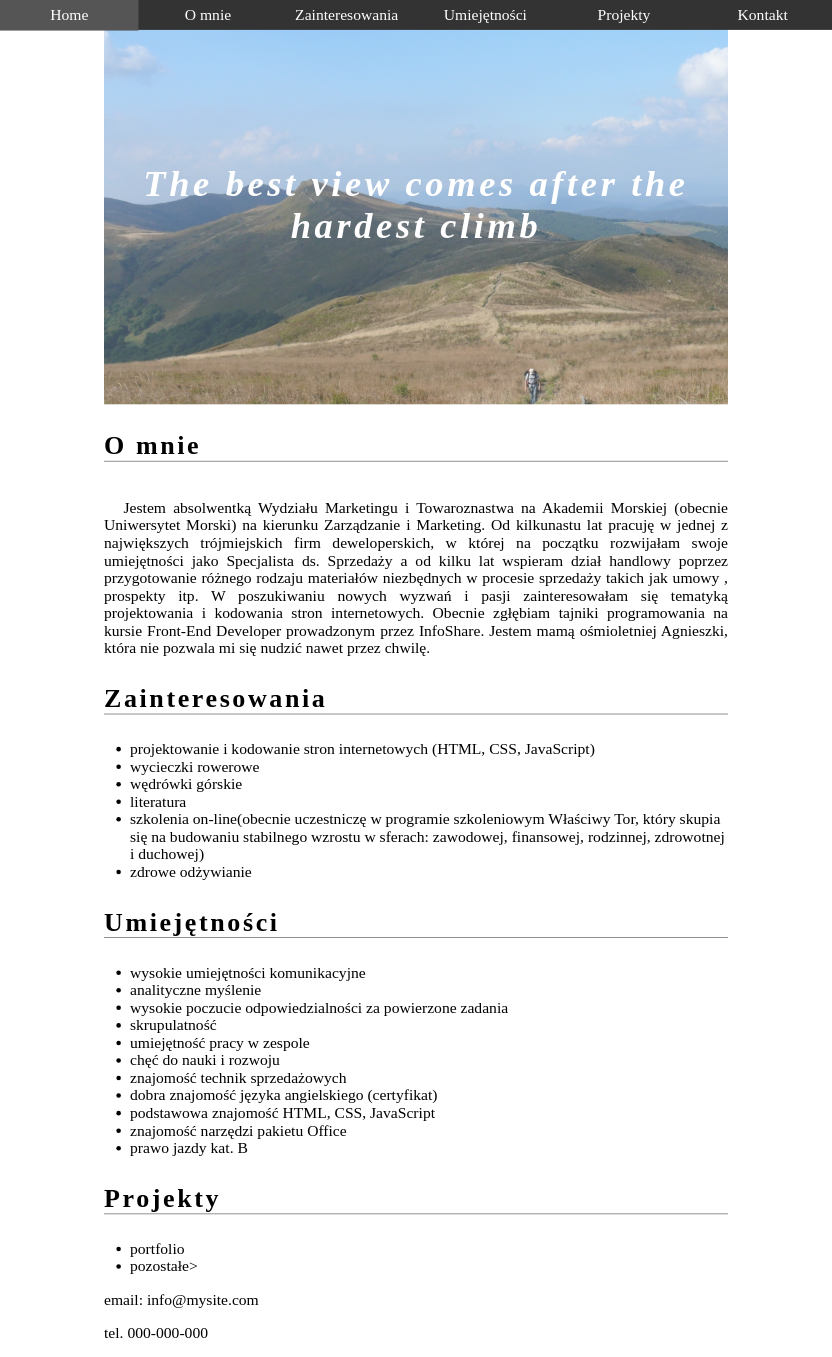
Repository: MagJaw/portfolio
Page: portfolio.html
The author's editor kept a copy of each file at every save. The page is drawn from the files as they stood at one save, then again after the next save.
The browser window is 1280 px wide. The pictures show the whole page, at 65% of full size.

Above is the page before, as saved 2018-11-12 17:53:43.

After the next save:
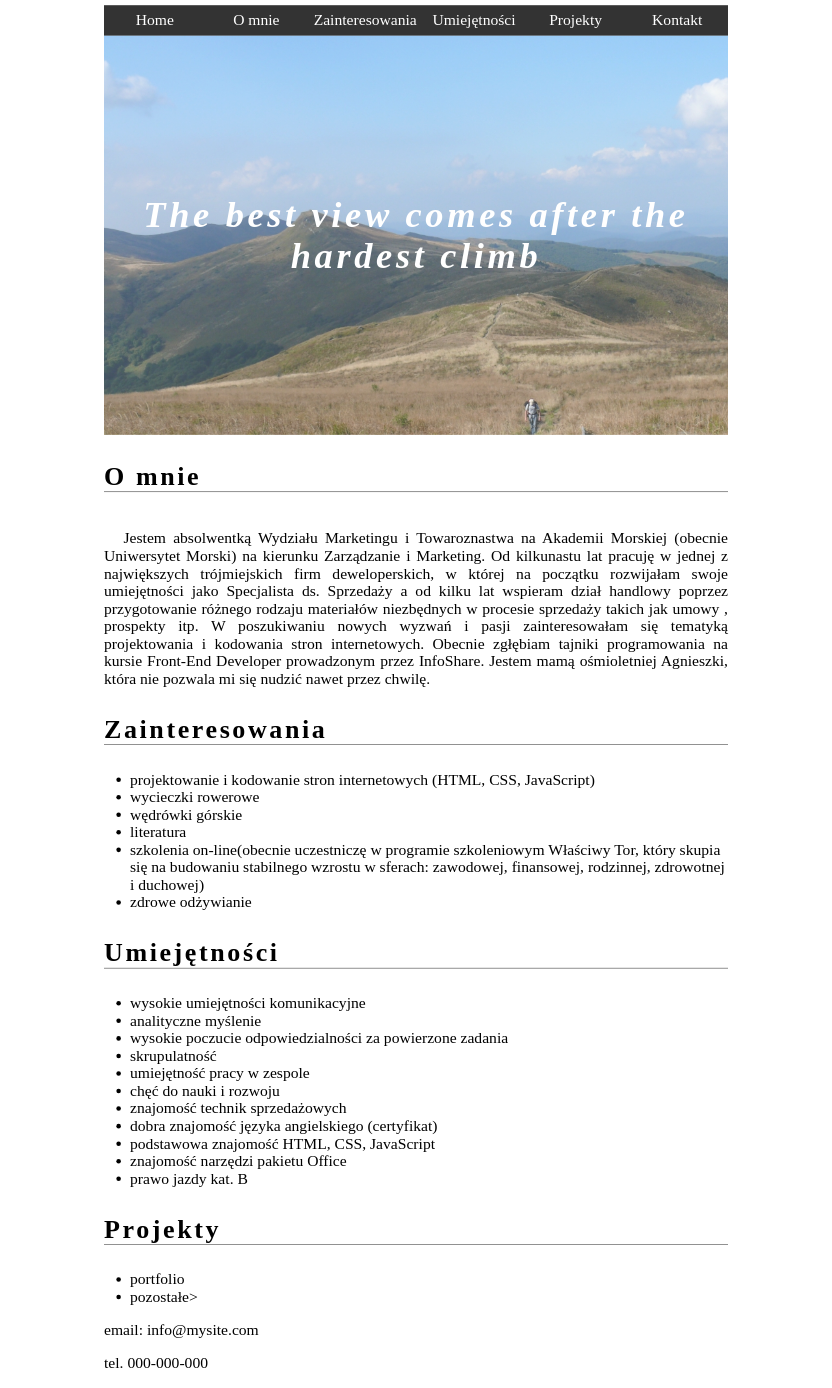
Saved 109 s later.
--- a/main.css
+++ b/main.css
@@ -73,7 +73,6 @@
 #quote {
 font-size: 2em;
 }
-
 }
 
 @media screen and (min-width: 768px){
@@ -86,13 +85,4 @@
 flex: 1 1 0;
 }
 
-.menu__container {
-    background:  #333;
-    z-index: 1;
-    top: 0;
-    left: 0;
-    right: 0;
-    height: 46px;
-    position: fixed;
-    }
 }

After the save that followed:
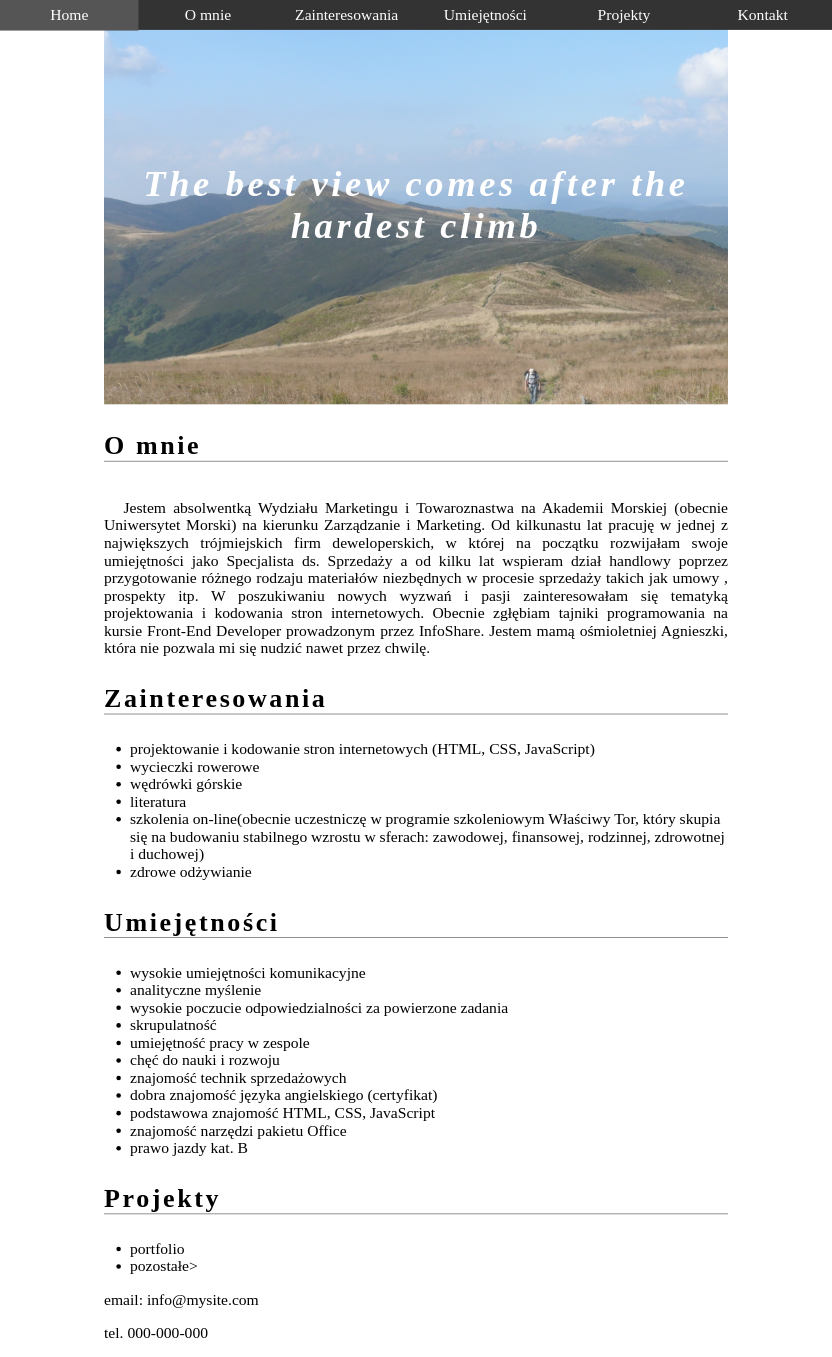
Saved 57 s later.
--- a/main.css
+++ b/main.css
@@ -85,4 +85,13 @@
 flex: 1 1 0;
 }
 
+.menu__container {
+    background:  #333;
+    z-index: 1;
+    top: 0;
+    left: 0;
+    right: 0;
+    height: 46px;
+    position: fixed;
+    }
 }
